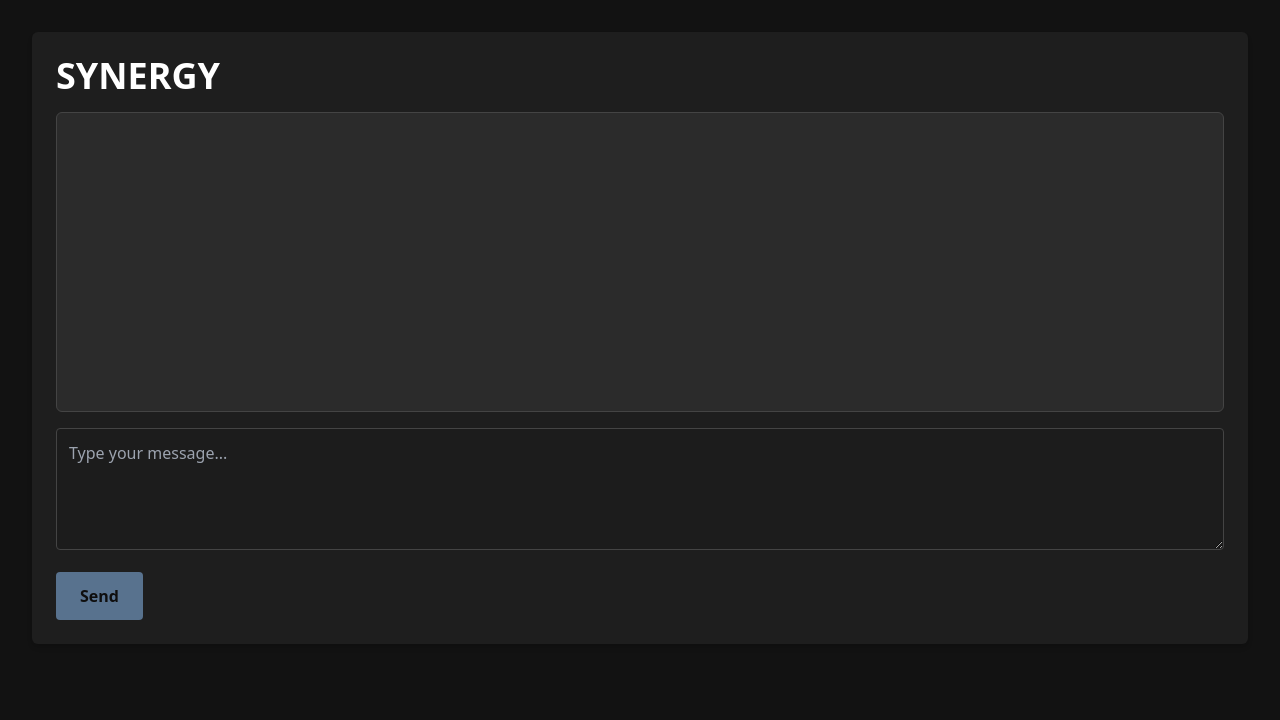
Repository: Theanh0410/Pre-thesis
Page: / (app in LLM/client/)
An editor plug-in stored every save of this project. The page is shown before and after the next save, followed by the edit.
The browser window is 1280 px wide. The pictures show the whole page.
The project was rebuilt for these pictures with package versions that can differ from the ones it lists, and the page was loaded fresh each time. The framework's server and built-in components were replaced by stand-ins that run in the browser. Also part of the build but not shown: LLM/client/next.config.js, LLM/client/next.config.mjs.

Above is the page before, as saved 2025-04-11 21:24:02.

### LLM/client/pages/_app.js
import "../styles/global.css"
export default function App({ Component, pageProps }) {
  return <Component {...pageProps} />;
}

### LLM/client/pages/index.js
// import React, { useState } from 'react';

// export default function ChatApp() {
//   const [sidebarCollapsed, setSidebarCollapsed] = useState(false);
//   const [messages, setMessages] = useState([]);
//   const [prompt, setPrompt] = useState('');
//   const [loading, setLoading] = useState(false);

//   const sendPrompt = () => {
//     if (!prompt.trim()) return;

//     const newMessage = { role: 'user', text: prompt };
//     setMessages((prev) => [...prev, newMessage]);
//     setPrompt('');
//     setLoading(true);

//     // Giả lập phản hồi
//     setTimeout(() => {
//       setMessages((prev) => [
//         ...prev,
//         { role: 'synergy', text: `You said: "${prompt}"` },
//       ]);
//       setLoading(false);
//     }, 1000);
//   };

//   return (
//     <div className="flex h-screen bg-[#0f0f0f] text-[#e0e0e0]">
//       {/* Sidebar */}
//       <div className={`bg-[#121212] border-r border-[#333] transition-all duration-300 ${sidebarCollapsed ? 'w-16' : 'w-64'}`}>
//         <div className="p-4 border-b border-[#333] flex items-center justify-between">
//           {!sidebarCollapsed && <h2 className="text-xl font-bold">SYNERGY</h2>}
//           <button
//             onClick={() => setSidebarCollapsed(!sidebarCollapsed)}
//             className="p-1 rounded hover:bg-[#2b2b2b]"
//           >
//             {sidebarCollapsed ? '→' : '←'}
//           </button>
//         </div>
//         {!sidebarCollapsed && (
//           <div className="p-4">
//             <div className="mb-6">
//               <h3 className="text-sm uppercase text-[#999] mb-2">Chats</h3>
//               {/* Danh sách chats */}
//             </div>
//           </div>
//         )}
//       </div>

//       {/* Main content */}
//       <main className="flex-1 flex flex-col overflow-hidden">
//         {/* Header */}
//         <header className="bg-[#121212] border-b border-[#333] p-4 flex items-center justify-between">
//           <h1 className="text-xl font-semibold">SYNERGY</h1>
//           <div className="flex items-center space-x-4">
//             {/* Các nút điều khiển */}
//           </div>
//         </header>

//         {/* Chat container */}
//         <div className="flex-1 overflow-y-auto p-4 bg-[#0f0f0f]">
//           <div className="max-w-4xl mx-auto">
//             {messages.map((msg, idx) => (
//               <div
//                 key={idx}
//                 className={`mb-6 p-4 rounded-lg ${msg.role === 'user' ? 'bg-[#1e1e1e]' : 'bg-[#252525]'}`}
//               >
//                 <div className="flex items-start mb-2">
//                   <div className={`w-8 h-8 rounded-full flex items-center justify-center mr-3 ${msg.role === 'user' ? 'bg-blue-500' : 'bg-green-500'}`}>
//                     {msg.role === 'user' ? 'U' : 'S'}
//                   </div>
//                   <strong>{msg.role === 'user' ? 'You' : 'SYNERGY'}</strong>
//                 </div>
//                 <div className="whitespace-pre-wrap pl-11">{msg.text}</div>
//               </div>
//             ))}
//             {loading && (
//               <div className="flex items-center p-4 text-gray-400">
//                 <div className="animate-pulse mr-2">•</div>
//                 SYNERGY is thinking...
//               </div>
//             )}
//           </div>
//         </div>

//         {/* Input area */}
//         <div className="bg-[#121212] border-t border-[#333] p-4">
//           <div className="max-w-4xl mx-auto">
//             <div className="relative">
//               <textarea
//                 className="w-full p-4 pr-16 rounded-lg bg-[#1e1e1e] border border-[#333] text-white resize-none focus:outline-none focus:ring-2 focus:ring-blue-500"
//                 rows={4}
//                 value={prompt}
//                 onChange={(e) => setPrompt(e.target.value)}
//                 placeholder="Message SYNERGY..."
//                 onKeyDown={(e) => {
//                   if (e.key === 'Enter' && !e.shiftKey) {
//                     e.preventDefault();
//                     setTimeout(() => sendPrompt(), 0); // Prevent tràn dòng
//                   }
//                 }}
//               />
//               <button
//                 className="absolute right-3 bottom-3 p-2 bg-blue-500 rounded-lg disabled:opacity-50 hover:bg-blue-600 transition"
//                 onClick={sendPrompt}
//                 disabled={loading || !prompt.trim()}
//               >
//                 {loading ? (
//                   <svg className="animate-spin h-5 w-5 text-white" xmlns="http://www.w3.org/2000/svg" fill="none" viewBox="0 0 24 24">
//                     <circle className="opacity-25" cx="12" cy="12" r="10" stroke="currentColor" strokeWidth="4"></circle>
//                     <path className="opacity-75" fill="currentColor" d="M4 12a8 8 0 018-8V0C5.373 0 0 5.373 0 12h4zm2 5.291A7.962 7.962 0 014 12H0c0 3.042 1.135 5.824 3 7.938l3-2.647z"></path>
//                   </svg>
//                 ) : (
//                   '→'
//                 )}
//               </button>
//             </div>
//             <div className="mt-2 text-xs text-gray-400 text-center">
//               SYNERGY may produce inaccurate information
//             </div>
//           </div>
//         </div>
//       </main>
//     </div>
//   );
// }


import { useState } from 'react';

export default function ChatApp() {
  const [prompt, setPrompt] = useState('');
  const [messages, setMessages] = useState([]);
  const [loading, setLoading] = useState(false);
  const [sidebarCollapsed, setSidebarCollapsed] = useState(false);

  const sendPrompt = async () => {
    if (!prompt.trim()) return;

    const userMsg = { role: 'user', text: prompt };
    setMessages(prev => [...prev, userMsg]);
    setPrompt('');
    setLoading(true);

    try {
      const res = await fetch('/api/chat', {
        method: 'POST',
        headers: { 'Content-Type': 'application/json' },
        body: JSON.stringify({ prompt: userMsg.text }),
      });

      if (!res.ok || !res.body) {
        throw new Error(`HTTP error: ${res.status}`);
      }

      let botMsg = { role: 'bot', text: '' };
      setMessages(prev => [...prev, botMsg]);

      const reader = res.body.getReader();
      const decoder = new TextDecoder();

      while (true) {
        const { done, value } = await reader.read();
        if (done) break;

        const chunk = decoder.decode(value);
        botMsg = { ...botMsg, text: botMsg.text + chunk };
        setMessages(prev => [...prev.slice(0, -1), botMsg]);
      }
    } catch (err) {
      console.error(err);
      setMessages(prev => [
        ...prev.slice(0, -1),
        { role: 'bot', text: `❌ Error: ${err.message}` },
      ]);
    } finally {
      setLoading(false);
    }
  };

  return (
//     <div className="flex h-screen bg-[#0f0f0f] text-[#e0e0e0]">
//     {/* Sidebar có thể thu nhỏ */}
//     <div className={`bg-[#121212] border-r border-[#333] transition-all duration-300 ${sidebarCollapsed ? 'w-16' : 'w-64'}`}>
//       <div className="p-4 border-b border-[#333] flex items-center justify-between">
//         {!sidebarCollapsed && <h2 className="text-xl font-bold">SYNERGY</h2>}
//         <button
//           onClick={() => setSidebarCollapsed(!sidebarCollapsed)}
//           className="p-1 rounded hover:bg-[#2b2b2b]"
//         >
//           {sidebarCollapsed ? '→' : '←'}
//         </button>
//       </div>
//       {!sidebarCollapsed && (
//         <div className="p-4">
//           <div className="mb-6">
//             <h3 className="text-sm uppercase text-[#999] mb-2">Chats</h3>
//             {/* Danh sách chats */}
//           </div>
//         </div>
//       )}
//     </div>

//     {/* Main content */}
//     <main className="flex-1 flex flex-col overflow-hidden">
//       {/* Header */}
//       <header className="bg-[#121212] border-b border-[#333] p-4 flex items-center justify-between">
//         <h1 className="text-xl font-semibold">SYNERGY</h1>
//         <div className="flex items-center space-x-4">
//           {/* Các nút điều khiển */}
//         </div>
//       </header>

//       {/* Chat container */}
//       <div className="flex-1 overflow-y-auto p-4 bg-[#0f0f0f]">
//         <div className="max-w-4xl mx-auto">
//           {messages.map((msg, idx) => (
//             <div
//               key={idx}
//               className={`mb-6 p-4 rounded-lg ${msg.role === 'user' ? 'bg-[#1e1e1e]' : 'bg-[#252525]'}`}
//             >
//               <div className="flex items-start mb-2">
//                 <div className={`w-8 h-8 rounded-full flex items-center justify-center mr-3 ${msg.role === 'user' ? 'bg-blue-500' : 'bg-green-500'}`}>
//                   {msg.role === 'user' ? 'U' : 'S'}
//                 </div>
//                 <strong>{msg.role === 'user' ? 'You' : 'SYNERGY'}</strong>
//               </div>
//               <div className="whitespace-pre-wrap pl-11">{msg.text}</div>
//             </div>
//           ))}
//           {loading && (
//             <div className="flex items-center p-4 text-gray-400">
//               <div className="animate-pulse mr-2">•</div>
//               SYNERGY is thinking...
//             </div>
//           )}
//         </div>
//       </div>

//       {/* Input area */}
//       <div className="bg-[#121212] border-t border-[#333] p-4">
//         <div className="max-w-4xl mx-auto">
//           <div className="relative">
//             <textarea
//               className="w-full p-4 pr-16 rounded-lg bg-[#1e1e1e] border border-[#333] text-white resize-none focus:outline-none focus:ring-2 focus:ring-blue-500"
//               rows={4}
//               value={prompt}
//               onChange={(e) => setPrompt(e.target.value)}
//               placeholder="Message SYNERGY..."
//               onKeyDown={(e) => {
//                 if (e.key === 'Enter' && !e.shiftKey) {
//                   e.preventDefault();
//                   sendPrompt();
//                 }
//               }}
//             />
//             <button
//               className="absolute right-3 bottom-3 p-2 bg-blue-500 rounded-lg disabled:opacity-50 hover:bg-blue-600 transition"
//               onClick={sendPrompt}
//               disabled={loading || !prompt.trim()}
//             >
//               {loading ? (
//                 <svg className="animate-spin h-5 w-5 text-white" xmlns="http://www.w3.org/2000/svg" fill="none" viewBox="0 0 24 24">
//                   <circle className="opacity-25" cx="12" cy="12" r="10" stroke="currentColor" strokeWidth="4"></circle>
//                   <path className="opacity-75" fill="currentColor" d="M4 12a8 8 0 018-8V0C5.373 0 0 5.373 0 12h4zm2 5.291A7.962 7.962 0 014 12H0c0 3.042 1.135 5.824 3 7.938l3-2.647z"></path>
//                 </svg>
//               ) : (
//                 '→'
//               )}
//             </button>
//           </div>
//           <div className="mt-2 text-xs text-gray-400 text-center">
//             SYNERGY may produce inaccurate information
//           </div>
//         </div>
//       </div>
//     </main>
//   </div>




    <main className="min-h-screen p-8 bg-[#121212] text-[#e0e0e0] font-sans">
      <div className="max-w-[1300px] mx-auto bg-[#1e1e1e] p-6 rounded-md shadow-md">
        <h1 className="text-4xl text-white mb-4 font-semibold">SYNERGY</h1>

        <div className="h-[300px] overflow-y-auto bg-[#2b2b2b] border border-[#444] rounded-md p-4 mb-4">
          {messages.map((msg, idx) => (
            <div
              key={idx}
              className={`mb-3 whitespace-pre-wrap break-words ${
                msg.role === 'user' ? 'text-blue-300' : 'text-green-300'
              }`}
            >
              <strong>{msg.role === 'user' ? 'You' : 'SYNERGY'}:</strong> {msg.text}
            </div>
          ))}
          {loading && (
            <div className="italic text-gray-400">SYNERGY is typing...</div>
          )}
        </div>

        <textarea
          className="w-full p-3 border border-[#444] rounded resize-y bg-[#1c1c1c] text-white mb-4"
          rows={4}
          value={prompt}
          onChange={(e) => setPrompt(e.target.value)}
          placeholder="Type your message..."
          onKeyDown={(e) => {
            if (e.key === 'Enter' && !e.shiftKey) {
              e.preventDefault();
              sendPrompt();
            }
          }}
        />

        <button
          className="px-6 py-3 bg-blue-300 text-black font-bold rounded disabled:opacity-50 hover:bg-blue-400 transition"
          onClick={sendPrompt}
          disabled={loading || !prompt.trim()}
        >
          {loading ? 'Thinking...' : 'Send'}
        </button>
      </div>
    </main>

  );
}

Loaded but not shown: LLM/client/pages/_document.js (common file); LLM/client/styles/global.css (common file); LLM/client/tailwind.config.js (common file)

After the next save:
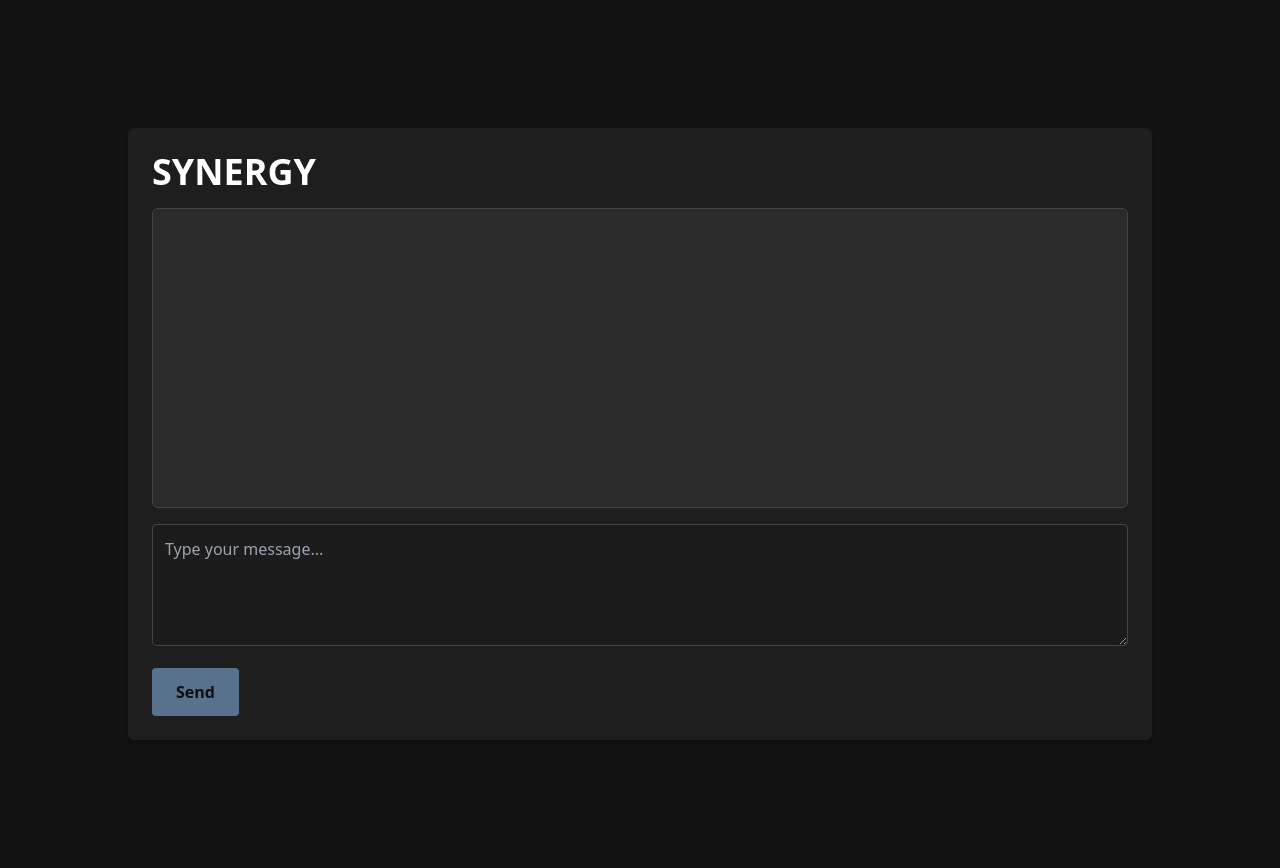
Saved 24 min 8 s later.
--- a/LLM/client/pages/index.js
+++ b/LLM/client/pages/index.js
@@ -280,7 +280,7 @@
 
 
 
-    <main className="min-h-screen p-8 bg-[#121212] text-[#e0e0e0] font-sans">
+    <main className="min-h-screen p-32 bg-[#121212] text-[#e0e0e0] font-sans">
       <div className="max-w-[1300px] mx-auto bg-[#1e1e1e] p-6 rounded-md shadow-md">
         <h1 className="text-4xl text-white mb-4 font-semibold">SYNERGY</h1>
 

After the save that followed:
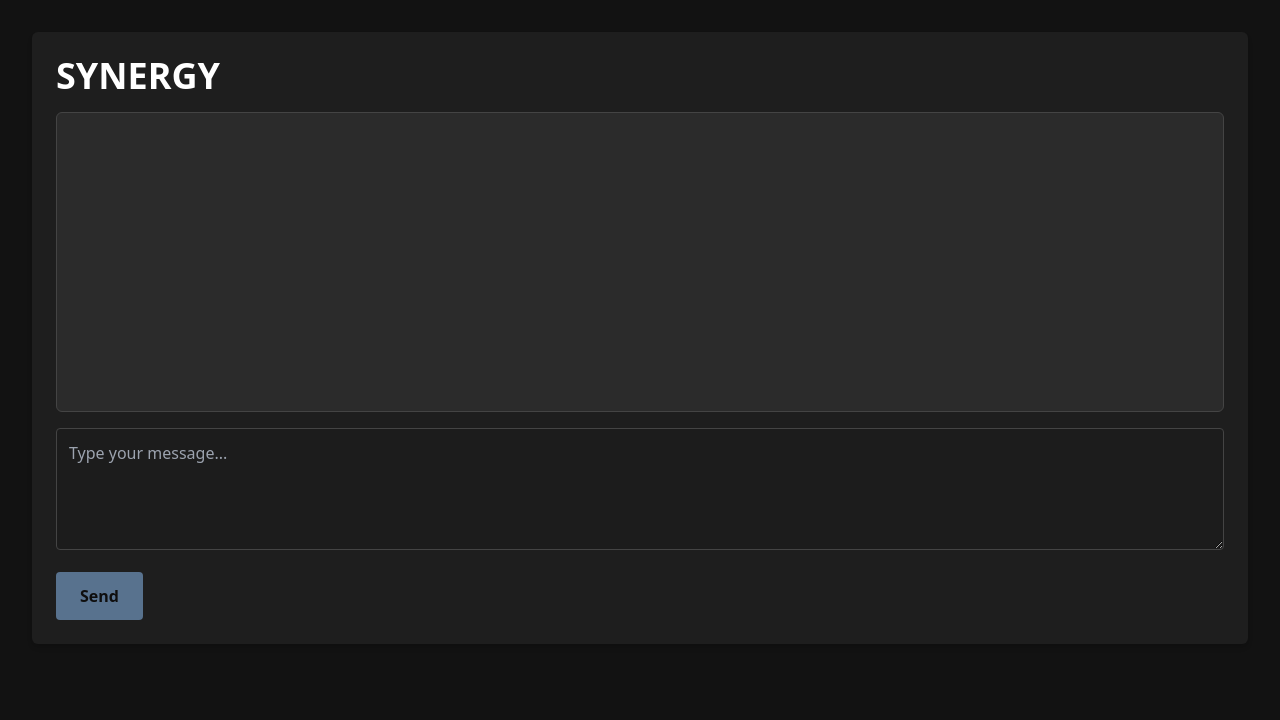
Saved 9 s later.
--- a/LLM/client/pages/index.js
+++ b/LLM/client/pages/index.js
@@ -280,7 +280,7 @@
 
 
 
-    <main className="min-h-screen p-32 bg-[#121212] text-[#e0e0e0] font-sans">
+    <main className="min-h-screen p-8 bg-[#121212] text-[#e0e0e0] font-sans">
       <div className="max-w-[1300px] mx-auto bg-[#1e1e1e] p-6 rounded-md shadow-md">
         <h1 className="text-4xl text-white mb-4 font-semibold">SYNERGY</h1>
 
